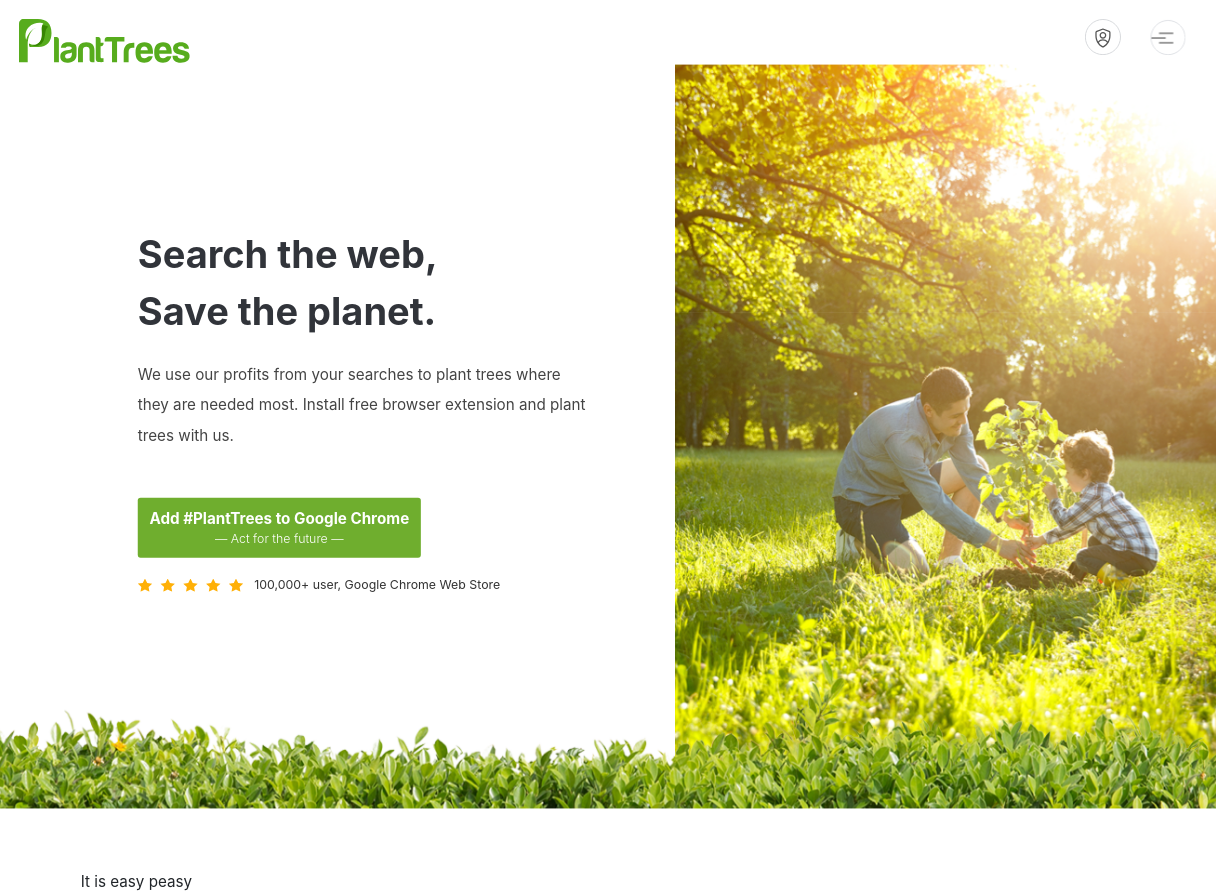
Repository: caothaito/b6g6
Page: bogo/how-it-work.html
The author's editor kept a copy of each file at every save. The page is drawn from the files as they stood at one save, then again after a run of saves.
The browser window is 1280 px wide. The pictures show the whole page, at 95% of full size.
Some web libraries are served in a nearby version. The style sheet was rebuilt from its Sass, Less or Tailwind sources for each picture, by a compiler version that may differ from the author's.

Above is the page before, as saved 2020-08-14 10:40:39.
Console error: TypeError: $(...).ready(...) is not a function

After the next 2 saves:
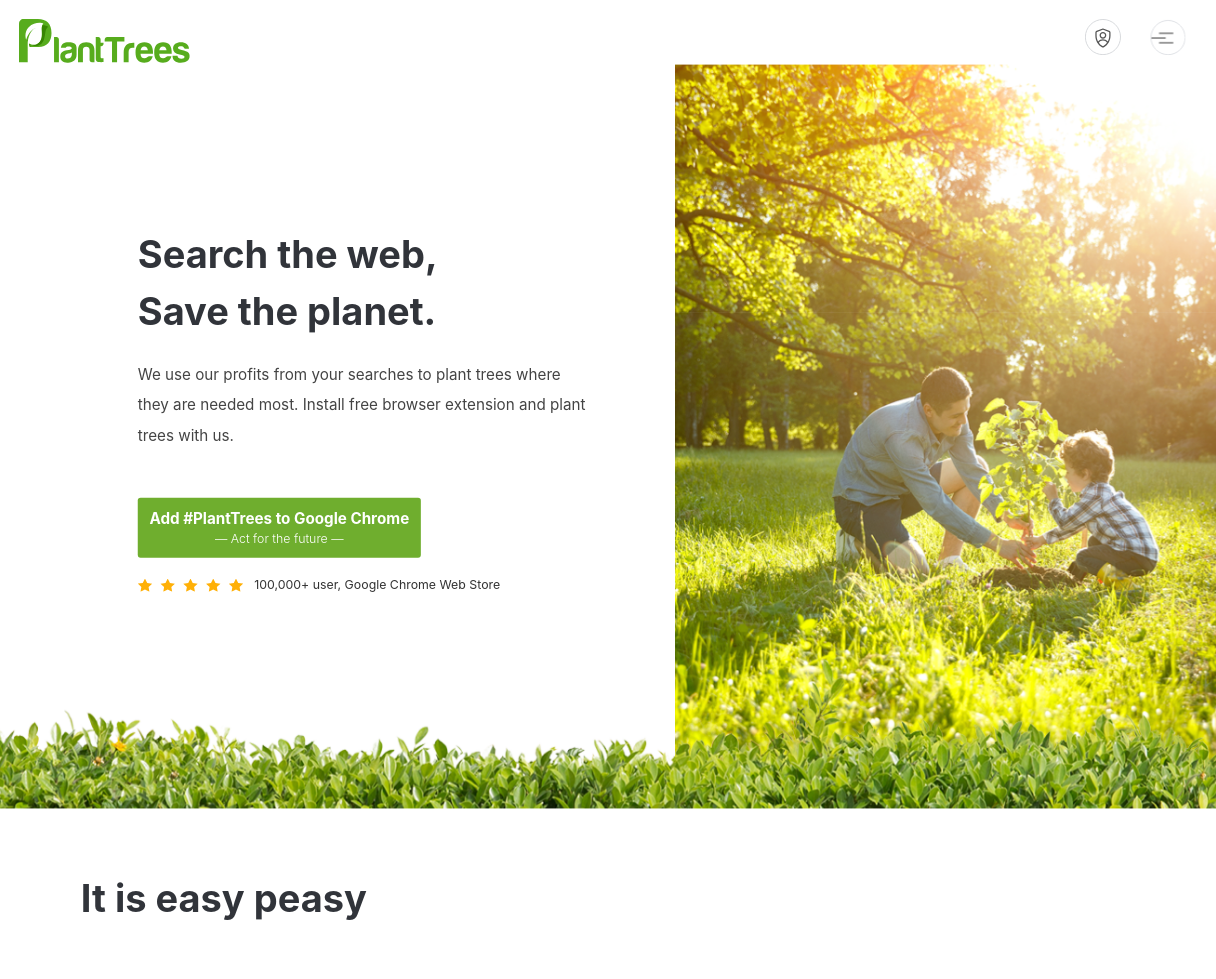
The 2 saves are shown as one change because they came seconds apart.
The last was saved 11 s later.
--- a/bogo/assets/css/style.scss
+++ b/bogo/assets/css/style.scss
@@ -271,7 +271,8 @@
 
                 a {
                     color: #fff;
-                    text-decoration: none;;
+                    text-decoration: none;
+                    ;
                 }
 
                 div:first-child {
@@ -300,8 +301,12 @@
     }
 }
 
-.plant-easyPeasy{
-    .plant-trees-title{
-
+.plant-easyPeasy {
+    .plant-trees-title {
+        color: #31343a;
+        margin-bottom: 55px;
+        font-weight: 700;
+        font-size: 40px;
+        font-size: 2.5rem;
     }
 }
